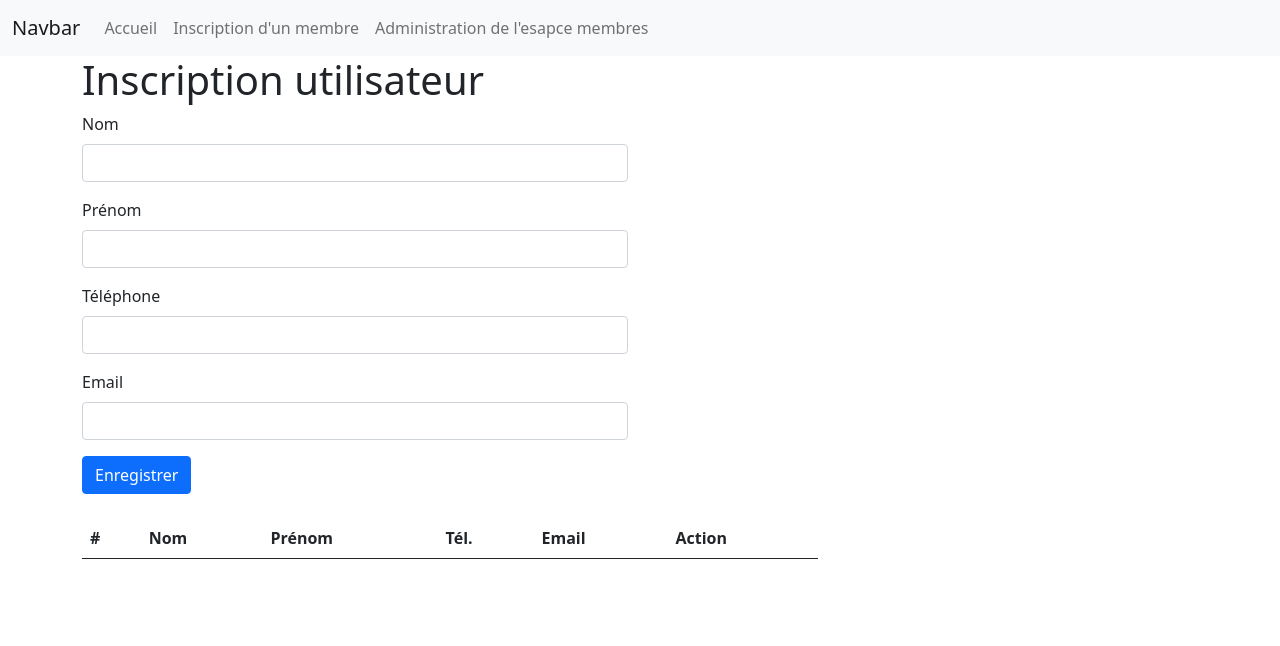
Repository: arione15/Ud-Mast_PHP_POO_espace_membre
Page: http://localhost/administration.php
An editor plug-in stored every save of this project. The page is shown before and after a run of saves, followed by the edit.
The browser window is 1280 px wide. The pictures show the whole page.
The page is run by PHP 8.4 with error messages shown; the project is at /var/www/html/. Queries for data that is not in the repository find no rows.

Above is the page before, as saved 2021-07-31 12:22:25.

After the next 2 saves:
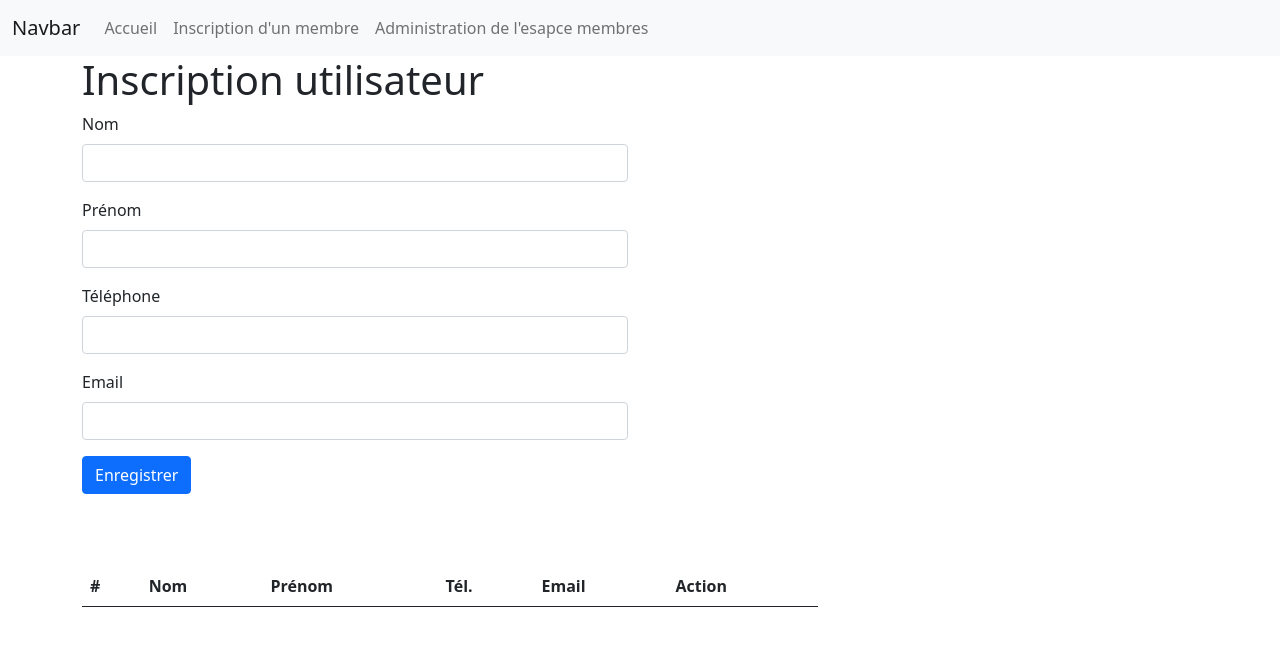
The 2 saves are shown as one change because they came seconds apart.
The last was saved 5 s later.
--- a/administration.php
+++ b/administration.php
@@ -89,7 +89,7 @@ $manager = new UtilisateursManager($pdo);
             </div>
         </div>
     </div>
-<br>
+<br><br><br>
     <div class="container">
         <div class="row">
             <div class="col-md-8">
